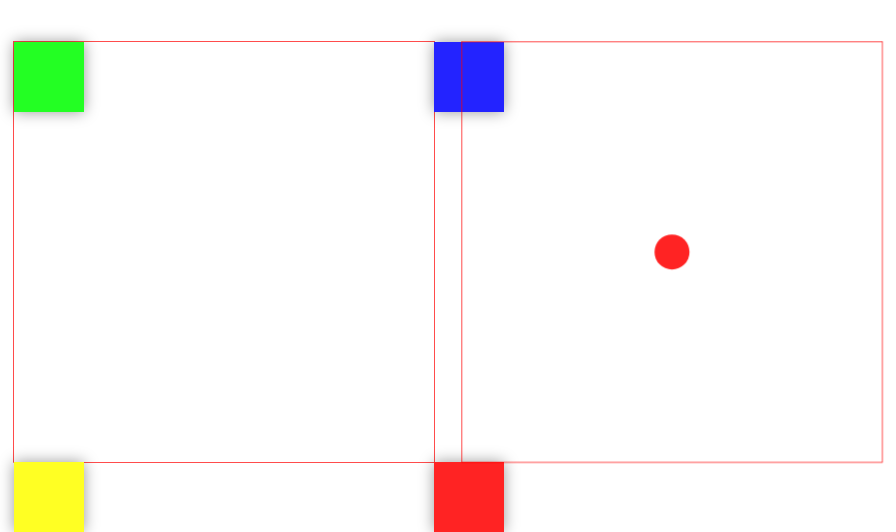
Repository: randgars/game
Page: index.html
An editor plug-in stored every save of this project. The page is shown before and after the next save, followed by the edit.
The browser window is 1280 px wide. The pictures show the part of the page from y = 0 to 1920 px (the page is 760 px tall before and 6135 px after), at 70% of full size.

Above is the page before, as saved 2017-09-29 15:06:21.

### index.html
<!DOCTYPE html>
<html lang="en">
<head>
    <meta charset="UTF-8">
    <meta name="viewport" content="width=device-width, initial-scale=1.0">
    <meta http-equiv="X-UA-Compatible" content="ie=edge">
    <title>Document</title>
    <link rel="stylesheet" href="./style.css">
    <script type="text/javascript" src="./index.js"></script>
</head>
<body>
    <div class="wrapper">
        <div class="square first"></div>
        <div class="square second"></div>
        <div class="square third"></div>
        <div class="square fourth"></div>
    </div>

    <div id="wrapper" class="wrapper">
        <div id="circle" class="circle"></div>
    </div>

    <div class="coordinates">
        <span id="x"></span>
        <span id="y"></span>
        <span id="x2"></span>
        <span id="y2"></span>
    </div>
</body>
</html>

### style.css
body {
    padding: 0;
    margin: 0;
    display: flex;
    justify-content: space-around;
    align-items: center;
    height: 100vh;
}
.wrapper {
    position: relative;
    width: 600px;
    height: 600px;
    border: solid 1px red;
}
.square {
    height: 100px;
    width: 100px;
    box-shadow: 0 0 20px rgba(0, 0, 0, .4);
    position: absolute;
}
.first {
    animation-name: first;
    animation-duration: 5s;
    animation-iteration-count: infinite;
    animation-timing-function: linear;
    background-color: rgba(35, 255, 35, 1);
    top: 0%;
    left: 0%;
}
.second {
    animation-name: second;
    animation-duration: 5s;
    animation-iteration-count: infinite;
    animation-timing-function: linear;
    background-color: rgba(35, 35, 255, 1);
    top: 0%;
    left: 100%;
}
.third {
    animation-name: third;
    animation-duration: 5s;
    animation-iteration-count: infinite;
    animation-timing-function: linear;
    background-color: rgb(255, 35, 35);
    top: 100%;
    left: 100%;
}
.fourth {
    animation-name: fourth;
    animation-duration: 5s;
    animation-iteration-count: infinite;
    animation-timing-function: linear;
    background-color: rgba(255, 255, 35, 1);
    top: 100%;
    left: 0%;
}

.first:hover, .second:hover, .third:hover, .fourth:hoer {
    animation-play-state: paused;
}

@keyframes first {
    from {
        transform: rotate(360deg);
    }
    25% {
        background-color: rgba(35, 35, 255, 1);
    }
    50% {
        top: 100%;
        left: 100%;
        background-color: rgb(255, 35, 35);
    }
    75% {
        background-color: rgba(255, 255, 35, 1);
    }
    to {
        transform: rotate(0deg);
    }
}
@keyframes second {
    from {
        transform: rotate(0deg);
    }
    25% {
        background-color: rgb(255, 35, 35);
    }
    50% {
        top: 100%;
        left: 0%;
        background-color: rgba(255, 255, 35, 1);
    }
    75% {
        background-color: rgba(35, 255, 35, 1);
    }
    to {
        transform: rotate(360deg);
    }
}
@keyframes third {
    from {
        transform: rotate(360deg);
    }
    25% {
        background-color: rgba(255, 255, 35, 1);
    }
    50% {
        top: 0%;
        left: 0%;
        background-color: rgba(35, 255, 35, 1);
    }
    75% {
        background-color: rgba(35, 35, 255, 1);
    }
    to {
        transform: rotate(0deg);
    }
}
@keyframes fourth {
    from {
        transform: rotate(0deg);
    }
    25% {
        background-color: rgba(35, 255, 35, 1);
    }
    50% {
        top: 0%;
        left: 100%;
        background-color: rgba(35, 35, 255, 1);
    }
    75% {
        background-color: rgb(255, 35, 35);
    }
    to {
        transform: rotate(360deg);
    }
}

.circle {
    border-radius: 100%;
    background-color: rgb(255, 35, 35);
    position: absolute;
    top: calc(50% - 25px);
    left: calc(50% - 25px);
    width: 50px;
    height: 50px;
}
.coordinates {
    display: flex;
    flex-direction: column;
    position: fixed;
    right: 50px;
    top: 50px;
}

### index.js
var elem;
window.onload = function() {
    elem = document.getElementById("wrapper");
    elem.addEventListener("mousemove", mouseMove, true);
}

function mouseMove(event) {
    var x = event.clientX - elem.offsetLeft;
    var y = event.clientY - elem.offsetTop;

    var circle = document.getElementById("circle");
    // debugger
    if (x < 0 || x > elem.clientWidth || y < 0 || y > elem.clientHeight) {
        circle.style.left = "calc(50% - 25px)";
        circle.style.top = "calc(50% - 25px)";
    } else {
        circle.style.left = x - 25 + "px";
        circle.style.top = y - 25 + "px";
    }

    document.getElementById('x2').innerHTML="x: " + x;
    document.getElementById('y2').innerHTML="y: " + y;
}

After the next save:
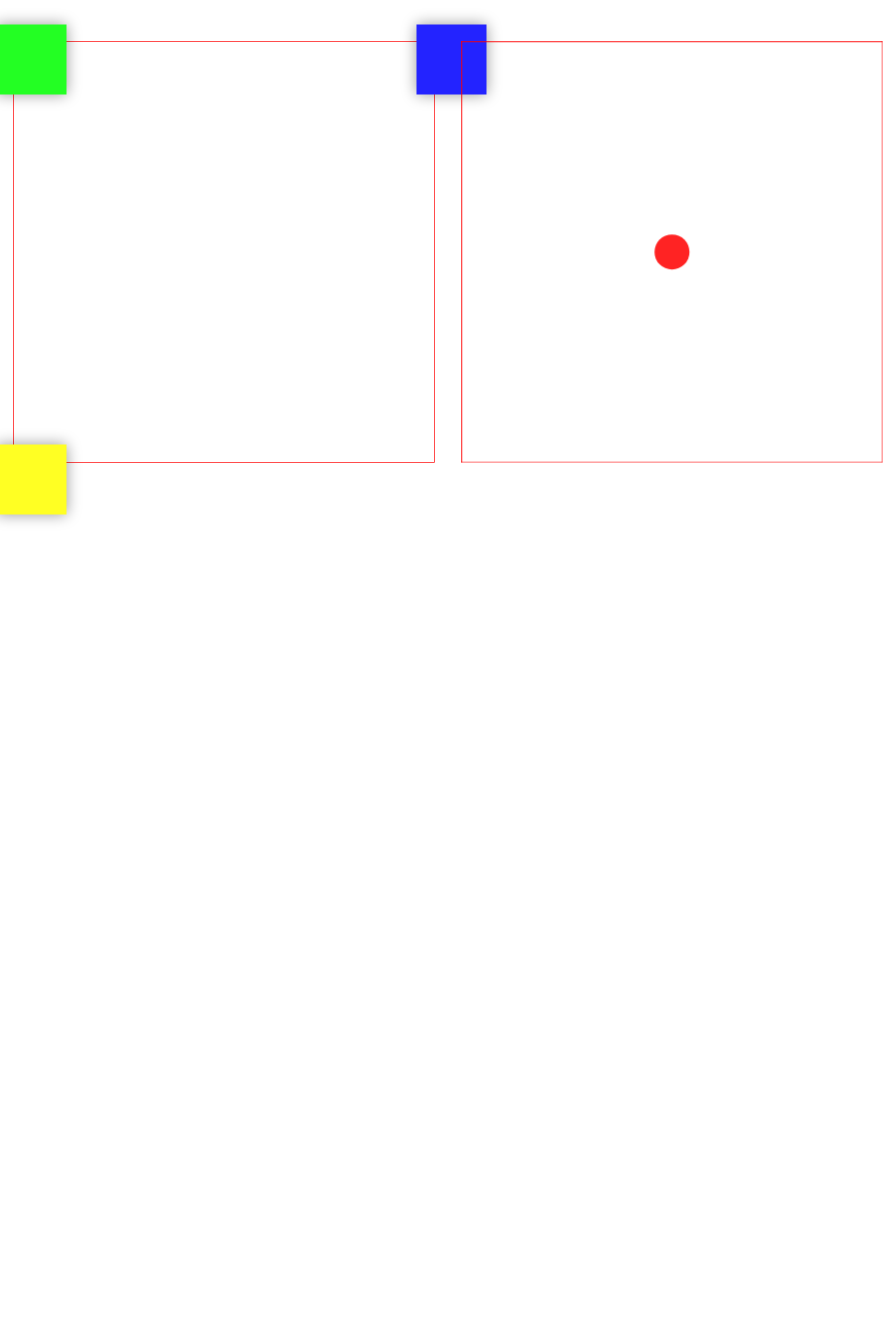
Saved 75 s later.
--- a/style.css
+++ b/style.css
@@ -24,8 +24,8 @@ body {
     animation-iteration-count: infinite;
     animation-timing-function: linear;
     background-color: rgba(35, 255, 35, 1);
-    top: 0%;
-    left: 0%;
+    top: calc(0% - 25px);
+    left: calc(0% - 25px);
 }
 .second {
     animation-name: second;
@@ -33,8 +33,8 @@ body {
     animation-iteration-count: infinite;
     animation-timing-function: linear;
     background-color: rgba(35, 35, 255, 1);
-    top: 0%;
-    left: 100%;
+    top: calc(0% - 25px);
+    left: calc(100% - 25px);
 }
 .third {
     animation-name: third;
@@ -42,8 +42,8 @@ body {
     animation-iteration-count: infinite;
     animation-timing-function: linear;
     background-color: rgb(255, 35, 35);
-    top: 100%;
-    left: 100%;
+    top: calc(1000% - 25px);
+    left: calc(100% - 25px);
 }
 .fourth {
     animation-name: fourth;
@@ -51,8 +51,8 @@ body {
     animation-iteration-count: infinite;
     animation-timing-function: linear;
     background-color: rgba(255, 255, 35, 1);
-    top: 100%;
-    left: 0%;
+    top: calc(100% - 25px);
+    left: calc(0% - 25px);
 }
 
 .first:hover, .second:hover, .third:hover, .fourth:hoer {
